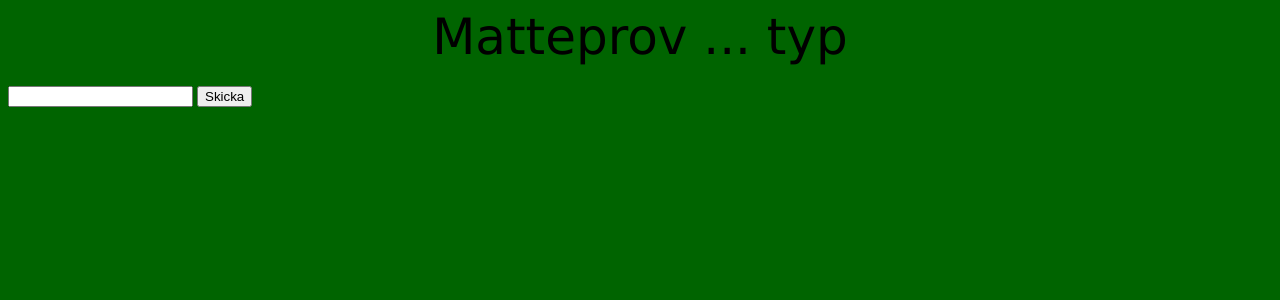
Repository: MartinArvidsson/1dv403-laborationer-Martin-Arvidsson
Page: 4-thequiz/Index.html
The author's editor kept a record of every edit. The page is drawn from the files as they stood at one moment, then again after the next edit.
The browser window is 1280 px wide. The pictures show the whole page.
The page's requests for data from a server got no answer.

Above is the page before.

After the next edit:
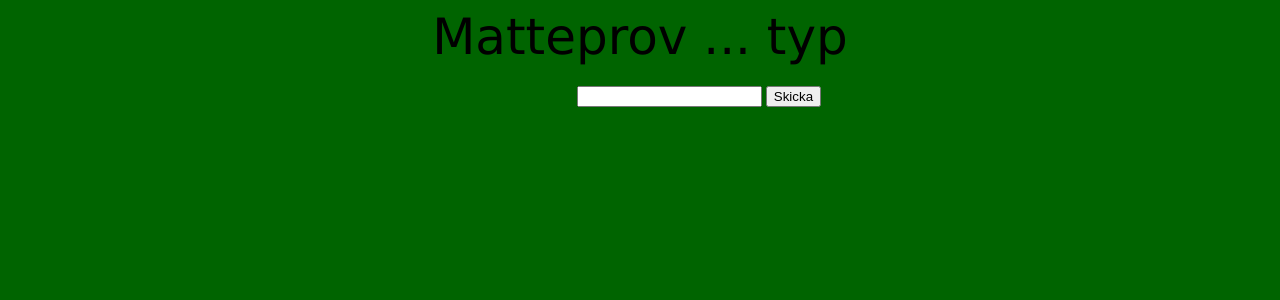
The edit:
--- a/4-thequiz/Style.css
+++ b/4-thequiz/Style.css
@@ -13,11 +13,7 @@
     font-weight:lighter;
     font-size:20px;
 }
-/*form
-{
+form{
     padding-left:45%;
-    width:200px;
-    height:300px;
-    border:solid 4px;
 
 }
